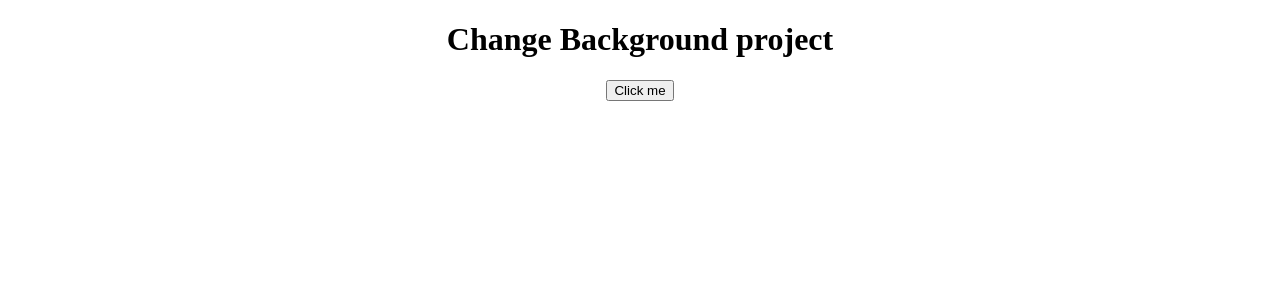
Repository: NiutaR/changeColors-dom
Page: index.html
The author's editor kept a copy of each file at every save. The page is drawn from the files as they stood at one save, then again after a run of saves.
The browser window is 1280 px wide. The pictures show the whole page.

Above is the page before, as saved 2021-07-20 16:30:15.

After the next 5 saves:
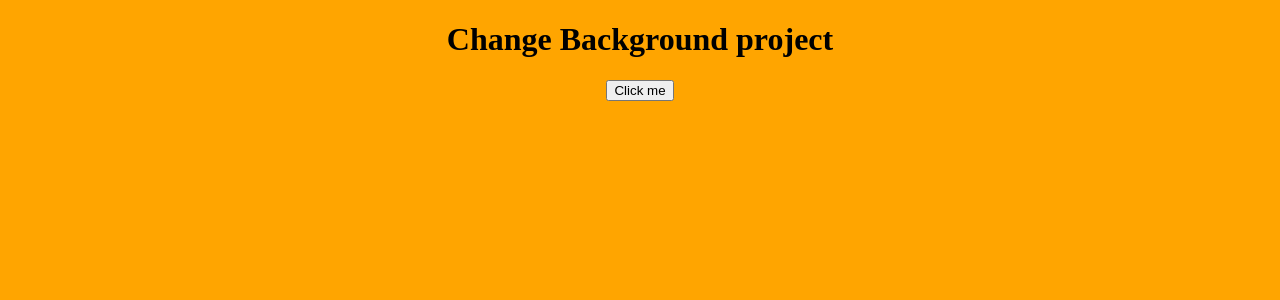
The 5 saves are shown as one change because they came seconds apart.
The last was saved 17 s later.
--- a/index.js
+++ b/index.js
@@ -11,6 +11,6 @@
 element.style.textAlign = 'center';
 
 // Change bg
-let bodyColorChange = document.body.style
+let bodyColorChange = document.body.style.backgroundColor = 'orange';
 let randomColor = Math.floor(Math.random() * 16777215).toString(16);
 document.getElementById('btnId').style.backgroundColor =   randomColor;

After the 4 saves that followed:
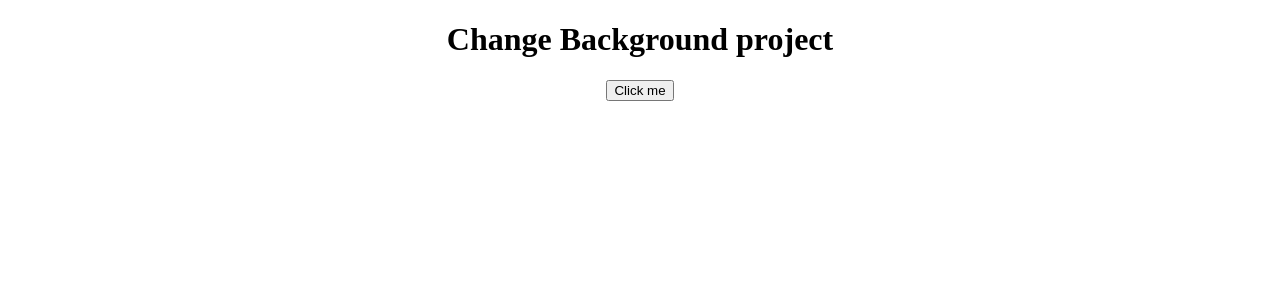
Console error: ReferenceError: bodyColorChange is not defined
The 4 saves are shown as one change because 1 left the picture as it was and some came seconds apart.
The last was saved 36 s later.
--- a/index.js
+++ b/index.js
@@ -11,6 +11,6 @@
 element.style.textAlign = 'center';
 
 // Change bg
-let bodyColorChange = document.body.style.backgroundColor = 'orange';
+//let bodyColorChange = document.body.style.backgroundColor = 'orange';
 let randomColor = Math.floor(Math.random() * 16777215).toString(16);
-document.getElementById('btnId').style.backgroundColor =   randomColor;
+document.getElementById('btnId').style.backgroundColor = bodyColorChange +  randomColor;
